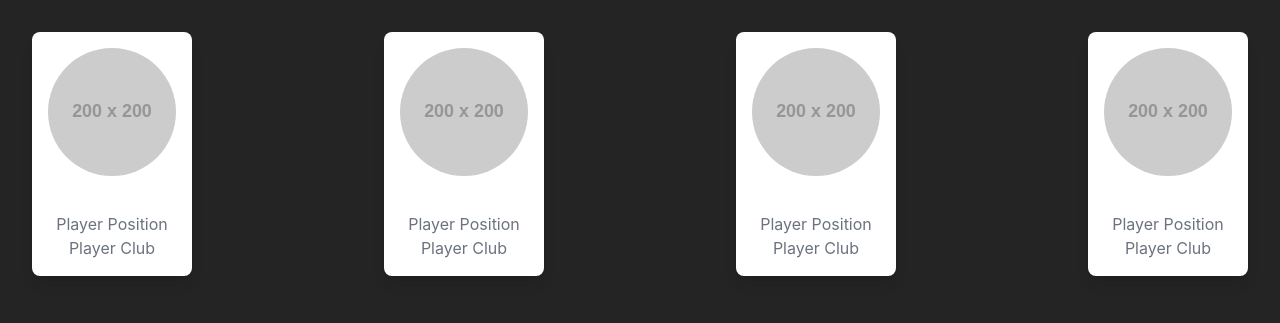
Repository: Hadra92i/movies-search-app
Page: /
These files come from the project's save history. The page is drawn as it stood at one moment and after a run of saves; the edit follows.
The browser window is 1280 px wide. The pictures show the whole page.
The project was rebuilt for these pictures with package versions that can differ from the ones it lists, and the page was loaded fresh each time. Also part of the build but not shown: vite.config.js.

Above is the page before, as saved 2023-11-01 11:56:38.

### index.html
<!doctype html>
<html lang="en">
  <head>
    <meta charset="UTF-8" />
    <link rel="icon" type="image/svg+xml" href="/vite.svg" />
    <meta name="viewport" content="width=device-width, initial-scale=1.0" />
    <title>Players SearchApp</title>
  </head>
  <body>
    <div id="root"></div>
    <script type="module" src="/src/main.jsx"></script>
  </body>
</html>

### src/main.jsx
import ReactDOM from 'react-dom/client'
import App from './App.jsx'
import './index.css'
import { Provider } from 'react-redux'
import { store } from './redux/store.js'

ReactDOM.createRoot(document.getElementById('root')).render(
  <Provider store={store}>
    <App />
  </Provider>,
)

### src/App.jsx

import './App.css'
import Players from './components/player/Players'

function App() {

  return (
    <>
      <Players/>
    </>
  )
}

export default App

### src/index.css
:root {
  font-family: Inter, system-ui, Avenir, Helvetica, Arial, sans-serif;
  line-height: 1.5;
  font-weight: 400;

  color-scheme: light dark;
  color: rgba(255, 255, 255, 0.87);
  background-color: #242424;

  font-synthesis: none;
  text-rendering: optimizeLegibility;
  -webkit-font-smoothing: antialiased;
  -moz-osx-font-smoothing: grayscale;
  -webkit-text-size-adjust: 100%;
}

@tailwind base;
@tailwind components;
@tailwind utilities;

### src/redux/store.js
import { configureStore } from "@reduxjs/toolkit";
import playerReducer from "./features/playerSlice";

export const store = configureStore({
    reducer: {
        player: playerReducer,
    },
    devTools: true,
});

### src/components/player/Players.jsx
// eslint-disable-next-line no-unused-vars
import React from "react";
import PlayerCard from "./PlayerCard";

const Players = () => {
    const players = [
        { name: "John", age: 25, cardPlayer: true, id: 1 },
        { name: "Jane", age: 30, cardPlayer: false, id: 2 },
        { name: "Bob", age: 20, cardPlayer: true, id: 3 },
        { name: "Mary", age: 27, cardPlayer: false, id: 4 }
    ];

    return (
        <div className="flex justify-between items-center">
             {
                players.map(player => {
                    return <PlayerCard
                    key={player.id}
                    name={player.name}
                    age={player.age}
                    />
                })
             }
        </div>
    );
}

export default Players;

### src/redux/features/playerSlice.js
import { createAsyncThunk, createSlice } from "@reduxjs/toolkit";
import PlayerService from "../../services/playerService";

const initialState = [];

export const getAllPlayers = createAsyncThunk(
    "players/getAllPlayers",
    async () => {
        const response = await PlayerService.getAllPlayers();
        return response.data;
    }
);

export const playerSlice = createSlice({
    name: "player",
    initialState,
    reducers: {},
    extraReducers: {
        [getAllPlayers.fulfilled]: (state, action) => {
            return [...action.payload];
        },
    },
});

export default playerSlice.reducer;

### src/components/player/PlayerCard.jsx
// eslint-disable-next-line no-unused-vars
import React from "react";

const PlayerCard = () => {
    return (
        <div className="bg-white rounded-lg shadow-lg p-4">
            <img
                className="w-32 h-32 rounded-full mx-auto"
                src="https://via.placeholder.com/200"
                alt="Player Avatar"
            />
            <div className="text-center mt-2">
                <h3 className="text-lg font-medium">Player Name</h3>
                <p className="text-gray-500">Player Position</p>
                <p className="text-gray-500">Player Club</p>
            </div>
        </div>
    );
};

export default PlayerCard;

### src/services/playerService.js
// eslint-disable-next-line no-unused-vars
import axiosObj from "../http-common";

const getAllPlayers = () => {
    return axiosObj.get("/players");
};

const PlayerService = {
    getAllPlayers,
};

export default PlayerService;

### src/http-common.js
import axios from "axios";

const API_KEY = "9d2758a612msh2661c98a1972a2cp155232jsn62f754d1238a";
const BASE_URL = "https://api-football-v1.p.rapidapi.com/v3";

const axiosObj = axios.create({
    baseURL: BASE_URL,
    headers: {
        "x-rapidapi-key": API_KEY,
        "x-rapidapi-host": "api-football-v1.p.rapidapi.com",
    },
});

export default axiosObj;

Loaded but not shown: src/App.css (common file); tailwind.config.js (common file)

After the next 2 saves:
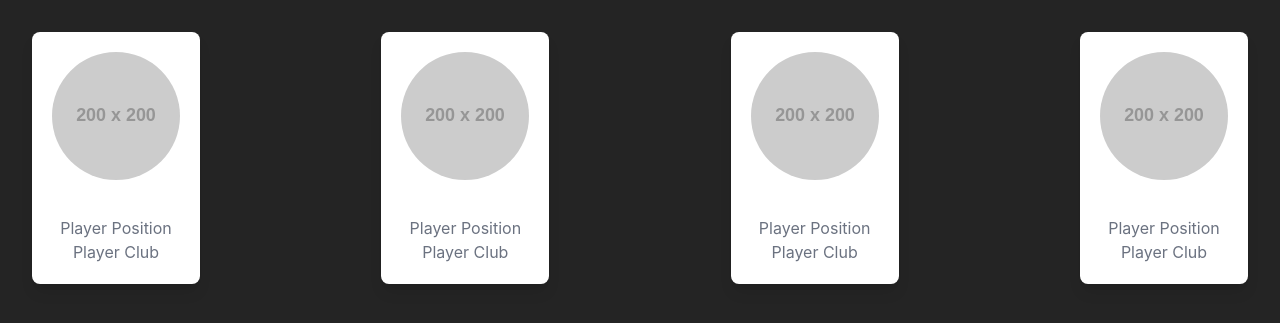
The 2 saves are shown as one change because they came seconds apart.
The last was saved 11 s later.
--- a/src/components/player/PlayerCard.jsx
+++ b/src/components/player/PlayerCard.jsx
@@ -3,7 +3,7 @@
 
 const PlayerCard = () => {
     return (
-        <div className="bg-white rounded-lg shadow-lg p-4">
+        <div className="bg-white rounded-lg shadow-lg p-5">
             <img
                 className="w-32 h-32 rounded-full mx-auto"
                 src="https://via.placeholder.com/200"

After the save that followed:
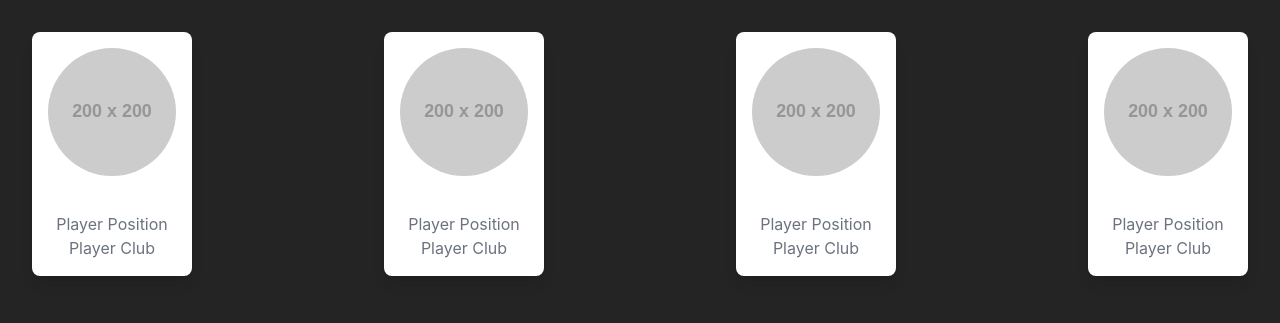
Saved 5 s later.
--- a/src/components/player/PlayerCard.jsx
+++ b/src/components/player/PlayerCard.jsx
@@ -3,7 +3,7 @@
 
 const PlayerCard = () => {
     return (
-        <div className="bg-white rounded-lg shadow-lg p-5">
+        <div className="bg-white rounded-lg shadow-lg p-4">
             <img
                 className="w-32 h-32 rounded-full mx-auto"
                 src="https://via.placeholder.com/200"
